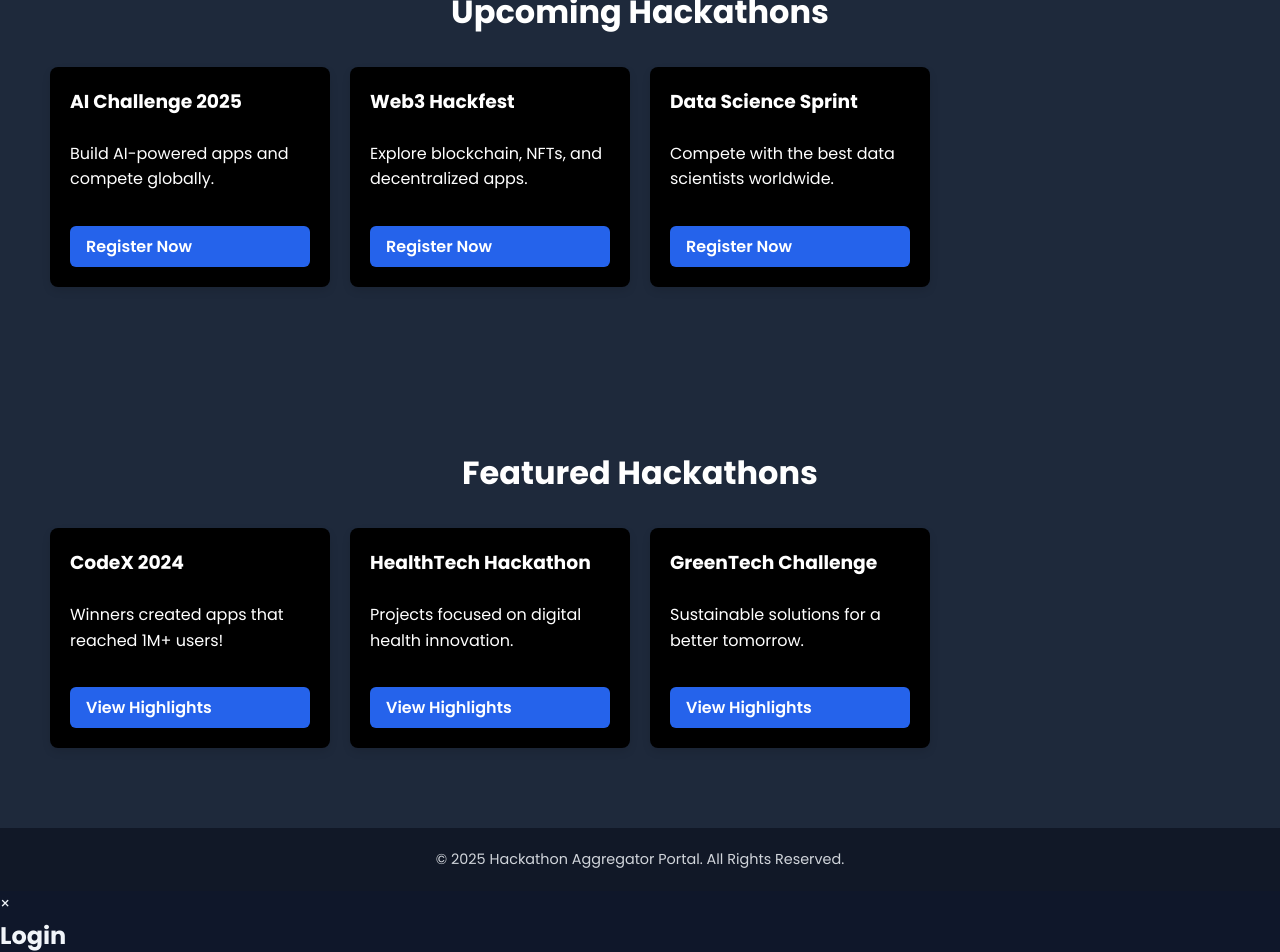
Repository: masihuddin-tech/Hackathon-Project
Page: index.html
The author's editor kept a copy of each file at every save. The page is drawn from the files as they stood at one save, then again after the next save.
The browser window is 1280 px wide. The pictures show the part of the page from y = 814 to 1766 px (the page is 1885 px tall).
Backgrounds fixed to the window are drawn as part of the page.

Above is the page before, as saved 2025-09-04 10:39:00.
Not found: app.js

After the next save:
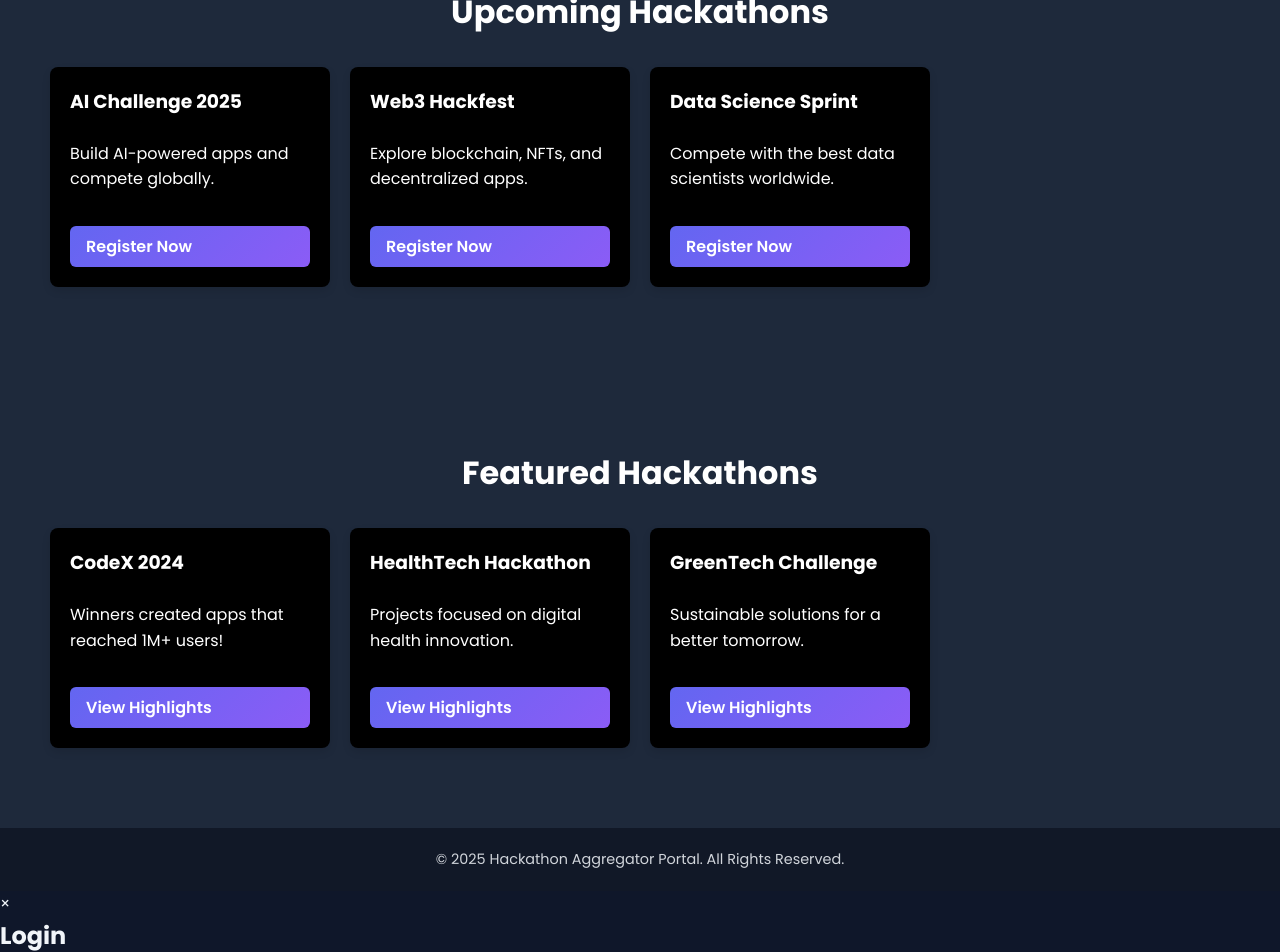
Saved 27 s later.
--- a/style.css
+++ b/style.css
@@ -210,7 +210,7 @@ body {
   display: inline-block;
   margin-top: 10px;
   padding: 8px 16px;
-  background: #2563eb;   /* 🔵 rich blue background */
+  background: linear-gradient(135deg, #6366f1, #8b5cf6);   /* 🔵 rich blue background */
   color: white;
   font-weight: 600;
   border-radius: 6px;
